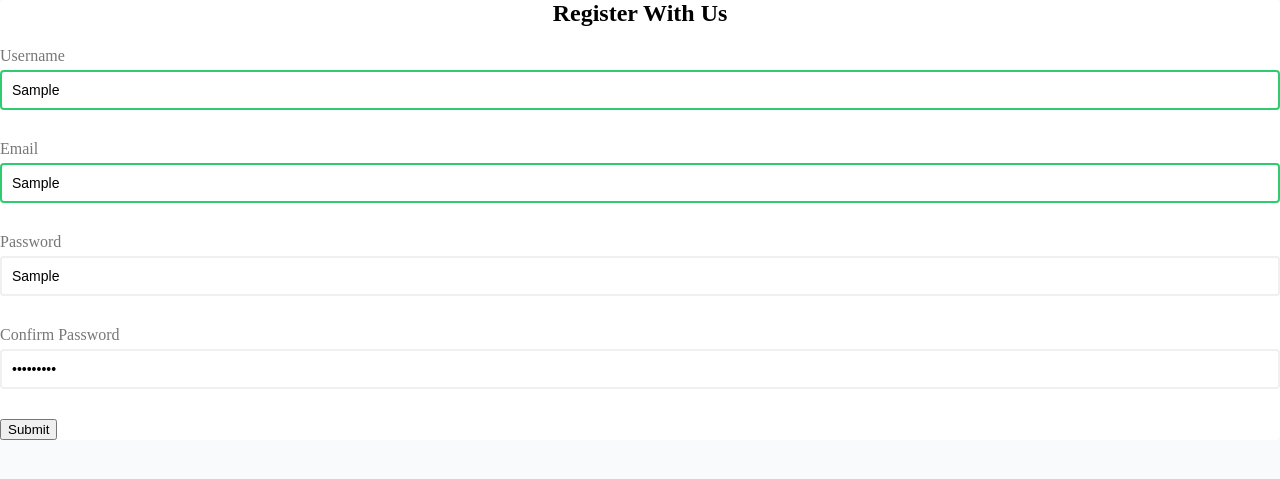
Repository: atko87/Form-Validator-Intro-
Page: index.html
The author's editor kept a copy of each file at every save. The page is drawn from the files as they stood at one save, then again after the next save.
The browser window is 1280 px wide. The pictures show the whole page.
Empty fields were first filled with sample values (such as "Sample", 5 or name@example.com).
After loading, the first visible `#form` was submitted once.

Above is the page before, as saved 2020-03-07 23:41:46.

### index.html
<!DOCTYPE html>
<html lang="en">
  <head>
    <meta charset="UTF-8" />
    <meta name="viewport" content="width=device-width, initial-scale=1.0" />
    <link rel="stylesheet" href="style.css" />
    <title>Form Validator</title>
  </head>
  <body>
    <div class="container">
      <form id="form" class="form">
        <h2>Register With Us</h2>

        <div class="form-control">
          <label for="username">Username</label>
          <input type="text" id="username" placeholder="Enter username" />
          <small>Error message</small>
        </div>
        <div class="form-control">
          <label for="email">Email</label>
          <input type="text" id="email" placeholder="enter Email" />
          <small>Error message</small>
        </div>
        <div class="form-control">
          <label for="password">Password</label>
          <input type="text" id="password" placeholder="Enter password" />
          <small>Error message</small>
        </div>
        <div class="form-control">
          <label for="password2">Confirm Password</label>
          <input
            type="password"
            id="password2"
            placeholder="Enter password again"
          />
          <small>Error message</small>
        </div>
        <button>Submit</button>
      </form>
    </div>

    <script src="script.js"></script>
  </body>
</html>

### style.css
@import url("https://fonts.googleapis.com/css?family=Open+Sans&display=swap");

:root {
  --sucess-color: #2ecc71;
  --error-color: #e74c2c;
}

* {
  box-sizing: border-box;
}

body {
  background-color: #f9fafb;
  font-size: "Open Sans", sans-serif;
  align-items: center;
  justify-content: center;
  min-height: 100vh;
  margin: 0;
}
.container {
  background-color: #fff;
  border-radius: 5px;
  box-shadow: 0 2px 10 px rgba(0, 0, 0, 0.3);
  width: 400 px;
}
h2 {
  text-align: center;
  margin: 0 0 20px;
}

.fomr {
  padding: 30px 40px;
}

.form-control {
  margin-bottom: 10px;
  padding-bottom: 20px;
  position: relative;
}

.form-control label {
  color: #777;
  display: block;
  margin-bottom: 5px;
}
.form-control input {
  border: 2px solid #f0f0f0;
  border-radius: 4px;
  display: block;
  width: 100%;
  padding: 10px;
  font-size: 14px;
}

.form-control input:focus {
  outline: 0;
  border-color: #777;
}

.form-control.success input {
  border-color: var(--sucess-color);
}

.form-control.error input {
  border-color: var(--error-color);
}

.form-control small {
  color: var(--error-color);
  position: absolute;
  bottom: 0;
  left: 0;
  visibility: hidden;
}

.form-control.error small {
  visibility: visible;
}
.from button {
  cursor: pointer;
  background-color: #3498db;
  border: 2px solid #3498db;
  border-radius: 4px;
  color: #fff;
  display: block;
  font-size: 16px;
  padding: 10 px;
  margin-top: 20px;
  width: 100%;
}

### script.js
const form = document.getElementById("form");
const username = document.getElementById("username");
const email = document.getElementById("email");
const password = document.getElementById("password");
const password2 = document.getElementById("password2");

//Show input error message
function showError(input, message) {
  const formControl = input.parentElement;
  formControl.className = "form-control error";
  const small = formControl.querySelector("small");
  small.innerText = message;
}

//Show sucess outline

function showSuccess(input) {
  const formControl = input.parentElement;
  formControl.className = "form-control success";
}

//Event listeners
form.addEventListener("submit", function(e) {
  e.preventDefault();

  if (username.value === "") {
    showError(username, "Username is required");
  } else {
    showSuccess(username);
  }
  if (email.value === "") {
    showError(email, "Email is required");
  } else {
    showSuccess(email);
  }
  if (password.value === "") {
    showError(email, "Email is required");
  } else {
    showSuccess(email);
  }
});

After the next save:
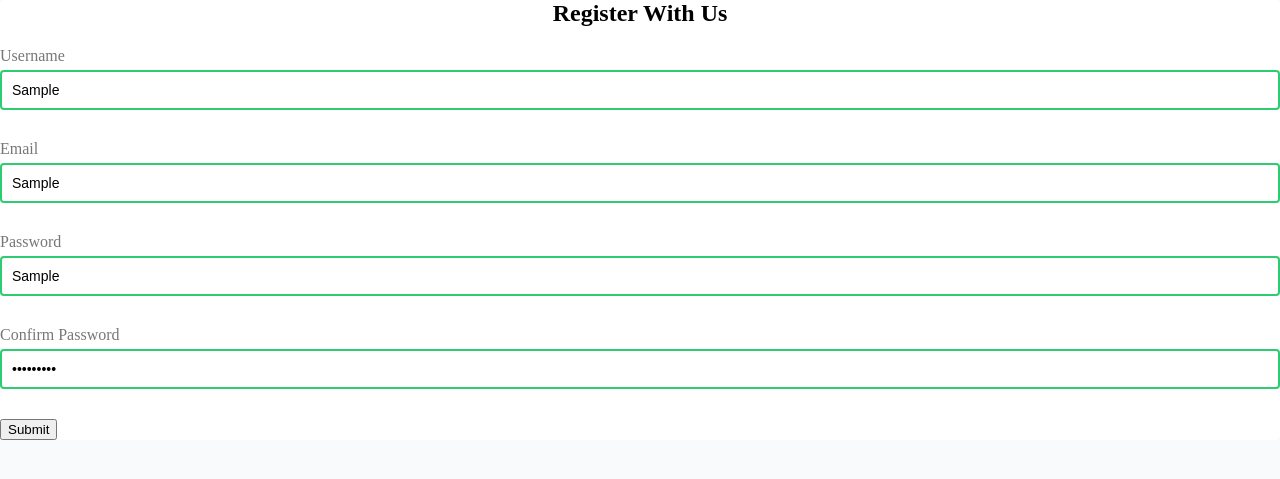
Saved 29 s later.
--- a/script.js
+++ b/script.js
@@ -34,8 +34,13 @@ form.addEventListener("submit", function(e) {
     showSuccess(email);
   }
   if (password.value === "") {
-    showError(email, "Email is required");
+    showError(password, "Password is required");
   } else {
-    showSuccess(email);
+    showSuccess(password);
+  }
+  if (password.value === "") {
+    showError(password2, "Password2 is required");
+  } else {
+    showSuccess(password2);
   }
 });
